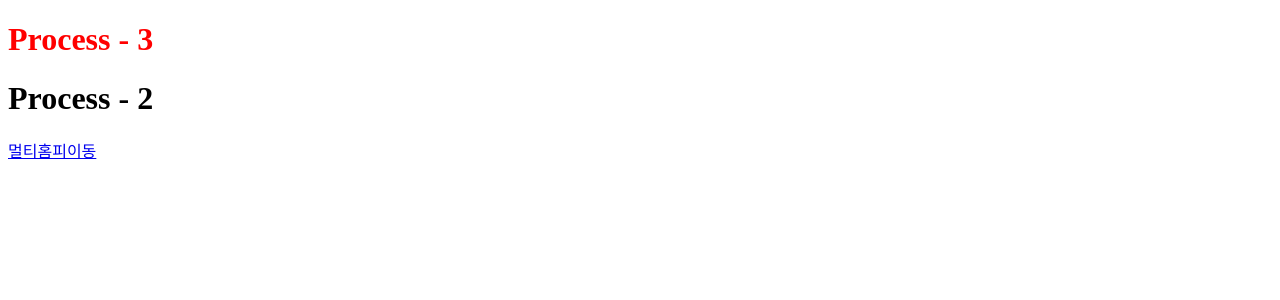
Repository: zmfhd1/Web
Page: jstest/WebContent/domtest.html
The author's editor kept a copy of each file at every save. The page is drawn from the files as they stood at one save, then again after the next save.
The browser window is 1280 px wide. The pictures show the whole page.

Above is the page before, as saved 2021-08-24 05:08:57.
Console error: ReferenceError: hi_first is not defined

After the next save:
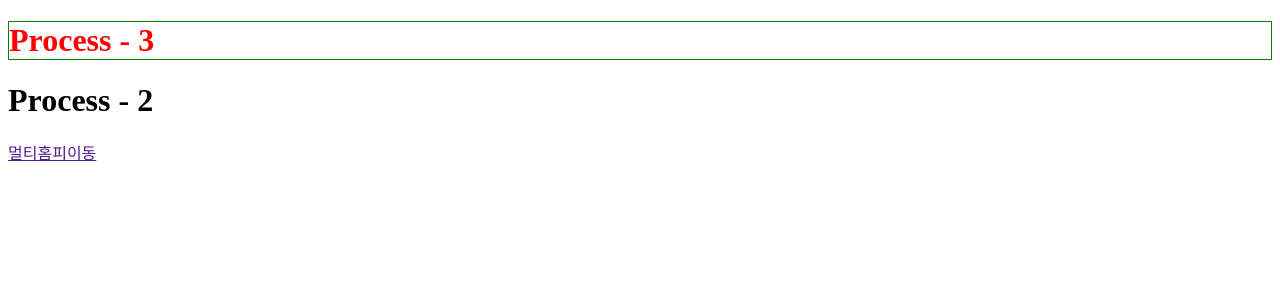
The error is gone.
Saved 15 s later.
--- a/jstest/WebContent/domtest.html
+++ b/jstest/WebContent/domtest.html
@@ -15,7 +15,7 @@
 var h1_first = document.getElementById("first");
 h1_first.innerHTML = "Process - 3";
 h1_first.style.color = "red";
-hi_first.style.border = "1px solid green";
+h1_first.style.border = "1px solid green";
 
 var a = document.getElementById("third");
 alert(a.href);
